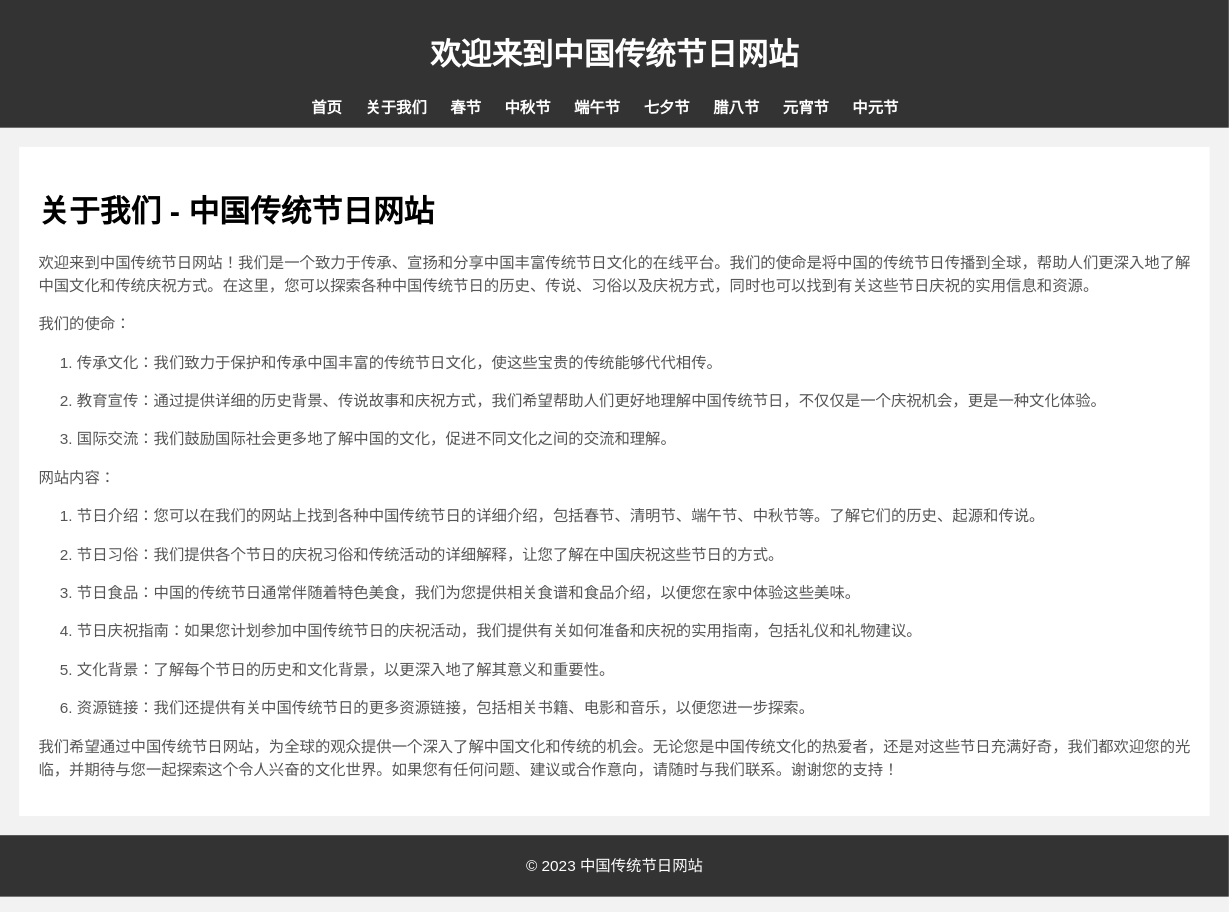
Repository: XueJie1/computer-operation-basics
Page: about.html
An editor plug-in stored every save of this project. The page is shown before and after the next save, followed by the edit.
The browser window is 1280 px wide. The pictures show the whole page, at 96% of full size.

Above is the page before, as saved 2023-09-03 16:32:08.

After the next save:
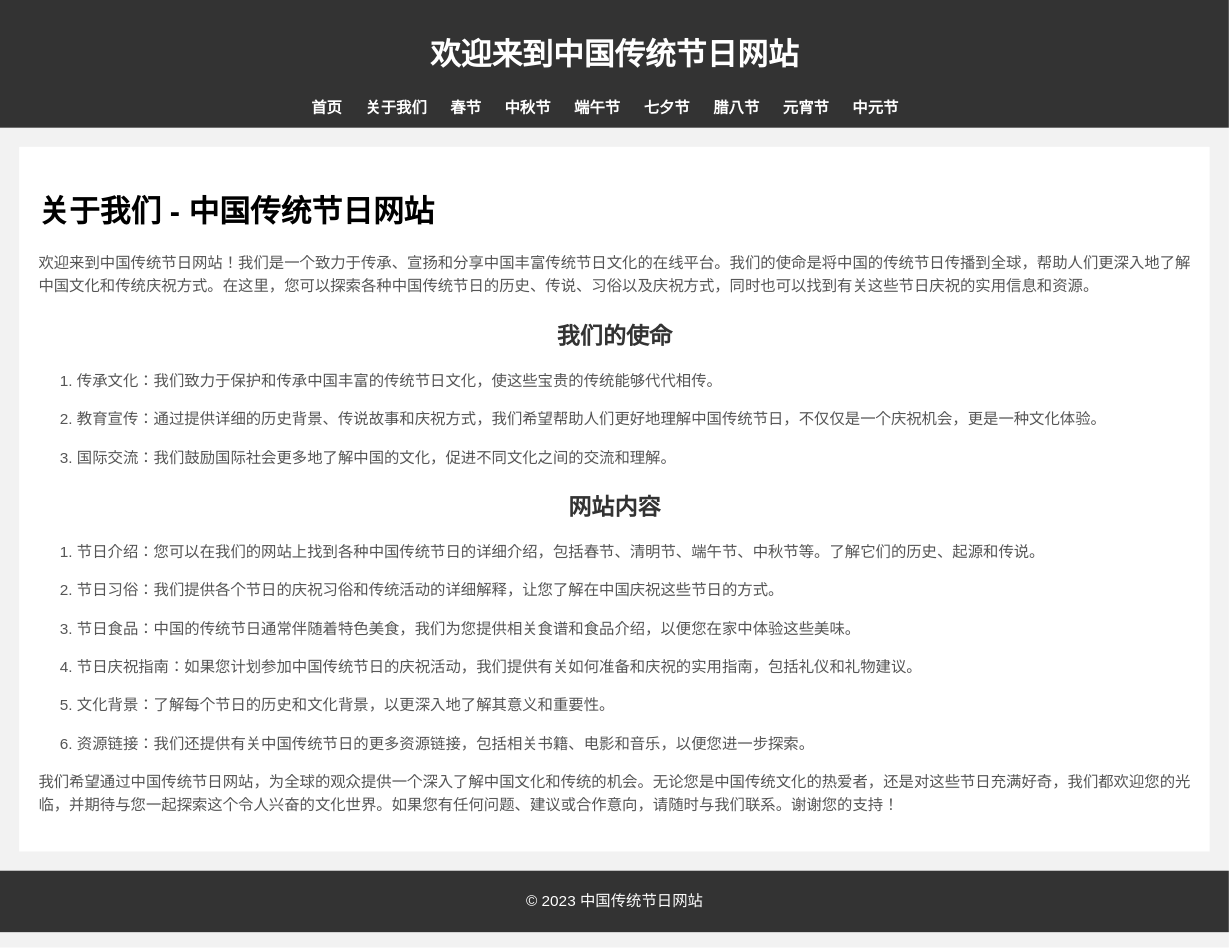
Saved 26 s later.
--- a/about.html
+++ b/about.html
@@ -32,7 +32,7 @@
         <h1>关于我们 - 中国传统节日网站</h1>
         <p>欢迎来到中国传统节日网站！我们是一个致力于传承、宣扬和分享中国丰富传统节日文化的在线平台。我们的使命是将中国的传统节日传播到全球，帮助人们更深入地了解中国文化和传统庆祝方式。在这里，您可以探索各种中国传统节日的历史、传说、习俗以及庆祝方式，同时也可以找到有关这些节日庆祝的实用信息和资源。
         </p>
-        <p>我们的使命：</p>
+        <h2>我们的使命</h2>
         <ol>
             <li>
                 <p>传承文化：我们致力于保护和传承中国丰富的传统节日文化，使这些宝贵的传统能够代代相传。</p>
@@ -44,7 +44,7 @@
                 <p>国际交流：我们鼓励国际社会更多地了解中国的文化，促进不同文化之间的交流和理解。</p>
             </li>
         </ol>
-        <p>网站内容：</p>
+        <h2>网站内容</h2>
         <ol>
             <li>
                 <p>节日介绍：您可以在我们的网站上找到各种中国传统节日的详细介绍，包括春节、清明节、端午节、中秋节等。了解它们的历史、起源和传说。</p>
